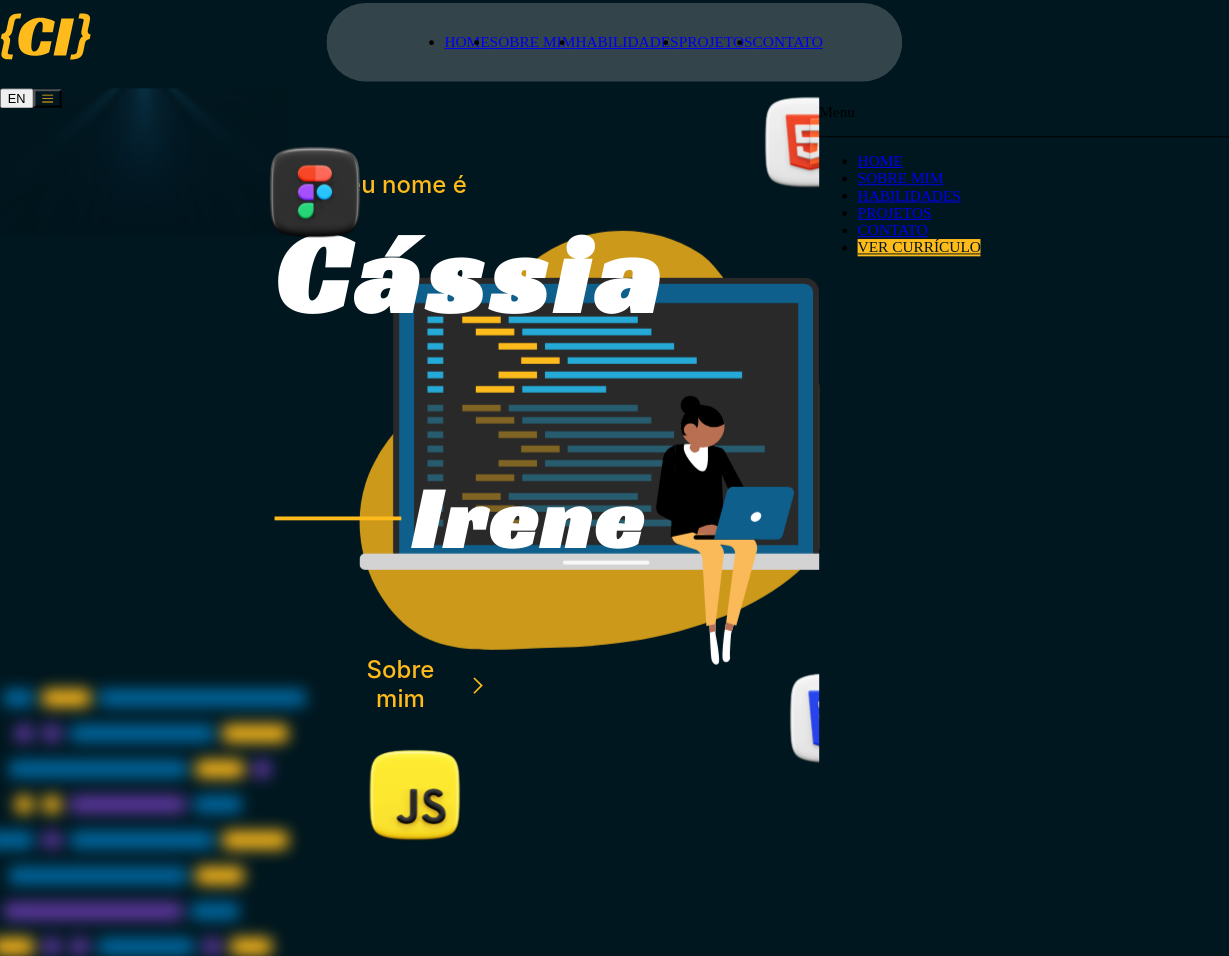
Repository: Cassia-Irene/My-Portfolio
Page: /
The author's editor kept a copy of each file at every save. The page is drawn from the files as they stood at one save, then again after the next save.
The browser window is 1280 px wide. The pictures show the whole page, at 96% of full size.
The project was rebuilt for these pictures with package versions that can differ from the ones it lists, and the page was loaded fresh each time. Also part of the build but not shown: vite.config.ts.

Above is the page before, as saved 2025-12-09 01:32:27.

### index.html
<!doctype html>
<html lang="en">
  <head>
    <meta charset="UTF-8" />
    <link rel="icon" type="image/svg+xml" href="./src/assets/logo.svg" />
    <meta name="viewport" content="width=device-width, initial-scale=1.0" />
    <link rel="preconnect" href="https://fonts.googleapis.com">
    <link rel="preconnect" href="https://fonts.gstatic.com" crossorigin>
    <link href="https://fonts.googleapis.com/css2?family=Racing+Sans+One&display=swap" rel="stylesheet">
    <title>Cássia Nascimento</title>
  </head>
  <body>
    <div id="root"></div>
    <script type="module" src="/src/main.tsx"></script>
  </body>
</html>

### src/index.css
@tailwind base;
@tailwind components;
@tailwind utilities;

/* plugins normais */
@import "tw-animate-css";

/* seu CSS normal */
body {
  background-color: #00171F;
}

### src/App.tsx
import React from "react";
import GlobalStyle from './GlobalStyle';

import Header from './Header';
import Hero from './Hero';
import SidebarNavigation from "./SidebarNavigation";
import ScrollButton from "./ScrollButton";
//import SobreMim from './SobreMim';
//import Skills from './Skills';
//import Projetos from "./Projetos";
//import Contatos from "./Contatos";

const App: React.FC = () => {

  return (
    <>

      <GlobalStyle />
      <Header />
      <Hero />
      <SidebarNavigation />
      <ScrollButton />


    </>
  );
};

export default App;

### src/GlobalStyle.ts
import { createGlobalStyle } from 'styled-components';

const GlobalStyle = createGlobalStyle`
  * {
    box-sizing: border-box;
  }

  body {
    margin: 0;
    padding: 0;
    overflow-x: hidden;
  }
  ::-webkit-scrollbar {
    width: 0px;
  }

`;

export default GlobalStyle;

### src/Header.tsx
import React, { useState } from "react";
import { RxHamburgerMenu } from "react-icons/rx";
import { IoClose } from "react-icons/io5";
import StarBorder from "./components/StarBorder";

// Logo
import LogoImg from "../public/logo.svg";

const Header: React.FC = () => {
  const [menuOpen, setMenuOpen] = useState(false);
  const [lang, setLang] = useState<"pt" | "en">("pt");

  const toggleLanguage = () => {
    setLang((prev) => (prev === "pt" ? "en" : "pt"));
  };

  const navItems = [
    { name: lang === "pt" ? "HOME" : "HOME", id: "section-01" },
    { name: lang === "pt" ? "SOBRE MIM" : "ABOUT", id: "section-02" },
    { name: lang === "pt" ? "HABILIDADES" : "SKILLS", id: "section-03" },
    { name: lang === "pt" ? "PROJETOS" : "PROJECTS", id: "section-04" },
    { name: lang === "pt" ? "CONTATO" : "CONTACT", id: "section-05" },
  ];

  const scrollToSection = (id: string) => {
    const section = document.getElementById(id);
    if (section) {
      section.scrollIntoView({ behavior: "smooth" });
      setMenuOpen(false);
    }
  };

  const AnimatedHamburgerButton: React.FC<{ onClick: () => void; active: boolean }> = ({ onClick, active }) => {
    return (
      <button
        onClick={onClick}
        className="flex justify-center items-center w-10 h-10 bg-transparent cursor-pointer"
      >
        {active ? (
          <IoClose className="text-3xl text-white" />
        ) : (
          <RxHamburgerMenu className="text-2xl text-[#FFBB1B]" />
        )}
      </button>
    );
  };

  return (
    <>
      {/* ==== LOGO (fixo esquerda) ==== */}
      <a
        href="#top"
        onClick={() => scrollToSection("top")}
        className="fixed top-12 left-16 w-[95px] h-[76px] z-[1001]
                   md:w-[80px] md:h-[64px] md:left-10
                   sm:left-5"
      >
        <img src={LogoImg} alt="Logo Cássia Irene" className="w-full h-full" />
      </a>

      {/* ==== NAV DESKTOP ==== */}
      <StarBorder
        as="div"
        color="cyan"
        speed="4s"
        className="fixed top-12 left-1/2 -translate-x-1/2 z-10 w-[60%] max-w-[600px]"
      >
        <header className="flex justify-center items-center">
          <nav className="flex">
            <ul className="flex gap-7">
              {navItems.map((item) => (
                <li key={item.id}>
                  <a
                    href={`#${item.id}`}
                    onClick={(e) => { e.preventDefault(); scrollToSection(item.id); }}
                    className="text-white font-racing text-lg hover:text-[#00e1ff] transition-all"
                  >
                    {item.name}
                  </a>
                </li>
              ))}
            </ul>
          </nav>
        </header>
      </StarBorder>

      {/* ==== BOTÃO DE IDIOMA (DESKTOP) ==== */}

      {/* BOTÃO DE IDIOMA — DESKTOP (CANTO SUPERIOR DIREITO) */}
      <button
        onClick={() => setLang(lang === "PT" ? "EN" : "PT")}
        className="
          hidden md:flex
          fixed top-12 right-16
          z-[1001]
          bg-[#FFBB1B] text-[#00171F]
          px-4 py-2 rounded-xl font-bold
          hover:bg-yellow-500 transition-all duration-300
        "
      >
        {lang === "pt" ? "EN" : "PT"}
      </button>

      {/* ==== BOTÕES MOBILE (idioma + hamburguer) ==== */}
      <div className="fixed top-8 right-5 flex items-center gap-4 z-[1002] md:hidden">

        {/* Botão de idioma à ESQUERDA no mobile */}
        <button
          onClick={toggleLanguage}
          className="text-white text-xl font-bold hover:text-[#00e1ff] transition-all"
        >
          {lang === "pt" ? "EN" : "PT"}
        </button>

        {/* Botão hamburguer */}
        <AnimatedHamburgerButton
          onClick={() => setMenuOpen(!menuOpen)}
          active={menuOpen}
        />
      </div>

      {/* ==== MENU MOBILE ==== */}
      <div
        className={`fixed top-0 right-0 h-full w-2/3 max-w-sm
                    bg-[#00171F] shadow-lg z-[1002]
                    transform transition-transform duration-300
                    ${menuOpen ? "translate-x-0" : "translate-x-full"}
                    md:hidden`}
      >
        <div className="flex justify-between items-center p-4 border-b border-gray-700">
          <p className="font-bold text-lg text-white">{lang === "pt" ? "Menu" : "Menu"}</p>
          <button
            onClick={() => setMenuOpen(false)}
            className="text-3xl text-[#FFBB1B] hover:text-white"
          >
            <IoClose />
          </button>
        </div>

        <ul className="flex flex-col p-4 gap-4">
          {navItems.map((item) => (
            <li key={item.id}>
              <a
                href={`#${item.id}`}
                className="text-white text-xl font-medium hover:text-[#FFBB1B]"
                onClick={(e) => { e.preventDefault(); scrollToSection(item.id); }}
              >
                {item.name}
              </a>
            </li>
          ))}

          <li className="mt-4">
            <a
              href="/curriculo.pdf"
              target="_blank"
              rel="noopener noreferrer"
              className="inline-block px-4 py-2 bg-[#FFBB1B] text-[#00171F] font-bold rounded-lg hover:bg-yellow-600 transition-colors"
            >
              {lang === "pt" ? "VER CURRÍCULO" : "SEE RESUME"}
            </a>
          </li>
        </ul>
      </div>
    </>
  );
};

export default Header;

### src/SidebarNavigation.tsx
import { useEffect, useRef, useState } from "react";
import styled from "styled-components";

const sections = ["00", "01", "02", "03", "04"];

const SidebarNavigation = () => {
  const [activeIndex, setActiveIndex] = useState(0);
  const barRef = useRef<HTMLDivElement>(null);

  useEffect(() => {
    const observer = new IntersectionObserver(
      (entries) => {
        entries.forEach((entry) => {
          if (entry.isIntersecting) {
            const id = entry.target.id.split("-")[1];
            const index = sections.indexOf(id);
            if (index !== -1) {
              setActiveIndex(index);
            }
          }
        });
      },
      { threshold: 0.6 }
    );

    sections.forEach((id) => {
      const el = document.getElementById(`section-${id}`);
      if (el) observer.observe(el);
    });

    return () => observer.disconnect();
  }, []);

  useEffect(() => {
    const heightPerItem = 54;
    if (barRef.current) {
      barRef.current.style.transform = `translateY(${activeIndex * heightPerItem}px)`;
    }
  }, [activeIndex]);

  const handleClick = (id: string) => {
    const target = document.getElementById(`section-${id}`);
    if (target) {
      target.scrollIntoView({ behavior: "smooth" });
    }
  };

  return (
    <SidebarContainer>
      <DotsWrapper>
        <Line />
        <ActiveBar ref={barRef} />
        <Dots>
          {sections.map((id, index) => (
            <Dot
              key={id}
              onClick={() => handleClick(id)}
              isActive={activeIndex === index}
            >
              {id}
            </Dot>
          ))}
        </Dots>
      </DotsWrapper>
    </SidebarContainer>
  );
};

export default SidebarNavigation;

const SidebarContainer = styled.div`
  position: fixed;
  top: 35%;
  left: 93%;
  width: 50px;
  z-index: 1000;
`;

const DotsWrapper = styled.div`
  display: flex;
  height: 270px;
`;

const Line = styled.div`
  width: 0.5px;
  height: 100%;
  background-color: #FFBB1B;
  position: relative;
  left: 25px;
`;

const ActiveBar = styled.div`
  position: absolute;
  width: 2.5px;
  height: 54px;
  background-color: #ffbb1b;
  transition: transform 0.6s ease-in-out;
  left: 23px;
`;

const Dots = styled.div`
  flex-direction: column;
  position: relative;
  right: 40px;
`;

const Dot = styled.button<{ isActive: boolean }>`
  width: 40px;
  height: 54px;
  background: none;
  border: none;
  color: ${(props) => (props.isActive ? "#ffbb1b" : "#FFFFFF")};
  font-size: 14px;
  font-family: "Racing Sans One", sans-serif;
  cursor: pointer;
  display: flex;
  align-items: center;
  justify-content: flex-end;
  transition: color 0.3s;

  &:hover {
    color: #ffbb1b;
  }
`;

### src/ScrollButton.tsx
import { useEffect, useState } from "react";
import styled from "styled-components";
import ArrowDown from "/svg_seta-down.svg";

const ScrollDown = styled.button<{ isBackToTop: boolean }>`
  position: fixed;
  bottom: 80px;
  right: 70px;
  background: none;
  border: none;
  cursor: pointer;
  display: flex;
  align-items: center;
  gap: 2px;
  font-family: "Inter", sans-serif;
  font-size: 12px;
  font-weight: 500;
  white-space: nowrap;
  color: #ffbb1b;
  z-index: 1000;

  transform: rotate(-90deg);

  img {
    width: 20px;
    height: 20px;
    transition: transform 0.3s ease;
    transform: ${({ isBackToTop }) => (isBackToTop ? "rotate(-90deg)" : "rotate(90deg)")};
  }

  &:hover img {
    transform: ${({ isBackToTop }) =>
      isBackToTop ? "rotate(-90deg) translateY(5px)" : "rotate(90deg) translateY(5px)"};
  }
`;

const ScrollButton = () => {
  const [isLastSection, setIsLastSection] = useState(false);

  useEffect(() => {
    const handleScroll = () => {
      const scrollY = window.scrollY;
      const pageHeight = document.body.scrollHeight - window.innerHeight;
      setIsLastSection(scrollY >= pageHeight - 50);
    };

    window.addEventListener("scroll", handleScroll);
    return () => window.removeEventListener("scroll", handleScroll);
  }, []);

  const handleClick = () => {
    if (isLastSection) {
      window.scrollTo({ top: 0, behavior: "smooth" });
    } else {
      window.scrollBy({ top: window.innerHeight, behavior: "smooth" });
    }
  };

  return (
    <ScrollDown onClick={handleClick} isBackToTop={isLastSection}>
      {isLastSection ? (
        <>
          Voltar ao topo <img src={ArrowDown} alt="Back to Top" />
        </>
      ) : (
        <>
          <img src={ArrowDown} alt="Descer" /> Descer
        </>
      )}
    </ScrollDown>
  );
};


export default ScrollButton;

### src/components/StarBorder.tsx
import React from 'react';

type StarBorderProps<T extends React.ElementType> = React.ComponentPropsWithoutRef<T> & {
  as?: T;
  className?: string;
  children?: React.ReactNode;
  color?: string;
  speed?: React.CSSProperties['animationDuration'];
  thickness?: number;
};

const StarBorder = <T extends React.ElementType = 'button'>({
  as,
  className = '',
  color = 'white',
  speed = '6s',
  thickness = 3,
  children,
  ...rest
}: StarBorderProps<T>) => {
  const Component = as || 'button';

  return (
    <Component
      className={`relative inline-block overflow-hidden rounded-full ${className}`}
      {...rest}
      style={{
        padding: `${thickness}px 0`,
        ...rest.style
      }}
    >
      <div
        className="absolute w-[300%] h-[50%] opacity-70 bottom-[-11px] right-[-250%] rounded-full animate-star-movement-bottom z-0"
        style={{
          background: `radial-gradient(circle, ${color}, transparent 10%)`,
          animationDuration: speed
        }}
      ></div>
      <div
        className="absolute w-[300%] h-[50%] opacity-70 top-[-10px] left-[-250%] rounded-full animate-star-movement-top z-0"
        style={{
          background: `radial-gradient(circle, ${color}, transparent 10%)`,
          animationDuration: speed
        }}
      ></div>
      <div className="relative z-1 bg-[#FFF]/20 backdrop-blur-xl shadow-xl border-black text-white text-center text-[16px] py-[16px] px-[26px] rounded-full">
        {children}
      </div>
    </Component>
  );
};

export default StarBorder;

Loaded but not shown: src/main.tsx (common file); src/components/LightRays.tsx (454 lines, source omitted); src/Hero.tsx (369 lines, source omitted)

After the next save:
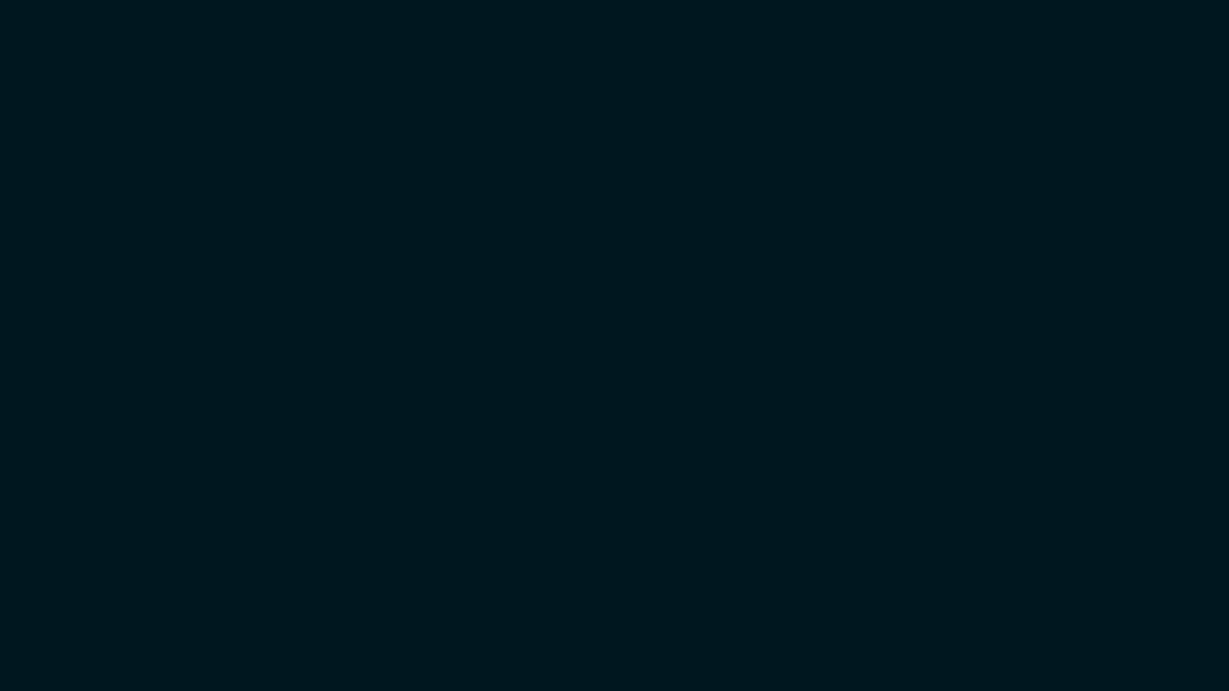
Console error: ReferenceError: toggleLanguage is not defined
Saved 61 s later.
--- a/src/Header.tsx
+++ b/src/Header.tsx
@@ -6,20 +6,17 @@
 // Logo
 import LogoImg from "../public/logo.svg";
 
+
 const Header: React.FC = () => {
   const [menuOpen, setMenuOpen] = useState(false);
-  const [lang, setLang] = useState<"pt" | "en">("pt");
-
-  const toggleLanguage = () => {
-    setLang((prev) => (prev === "pt" ? "en" : "pt"));
-  };
+  const [lang, setLang] = useState("PT");
 
   const navItems = [
-    { name: lang === "pt" ? "HOME" : "HOME", id: "section-01" },
-    { name: lang === "pt" ? "SOBRE MIM" : "ABOUT", id: "section-02" },
-    { name: lang === "pt" ? "HABILIDADES" : "SKILLS", id: "section-03" },
-    { name: lang === "pt" ? "PROJETOS" : "PROJECTS", id: "section-04" },
-    { name: lang === "pt" ? "CONTATO" : "CONTACT", id: "section-05" },
+    { name: "HOME", id: "section-01" },
+    { name: "SOBRE MIM", id: "section-02" },
+    { name: "HABILIDADES", id: "section-03" },
+    { name: "PROJETOS", id: "section-04" },
+    { name: "CONTATO", id: "section-05" },
   ];
 
   const scrollToSection = (id: string) => {

After the save that followed:
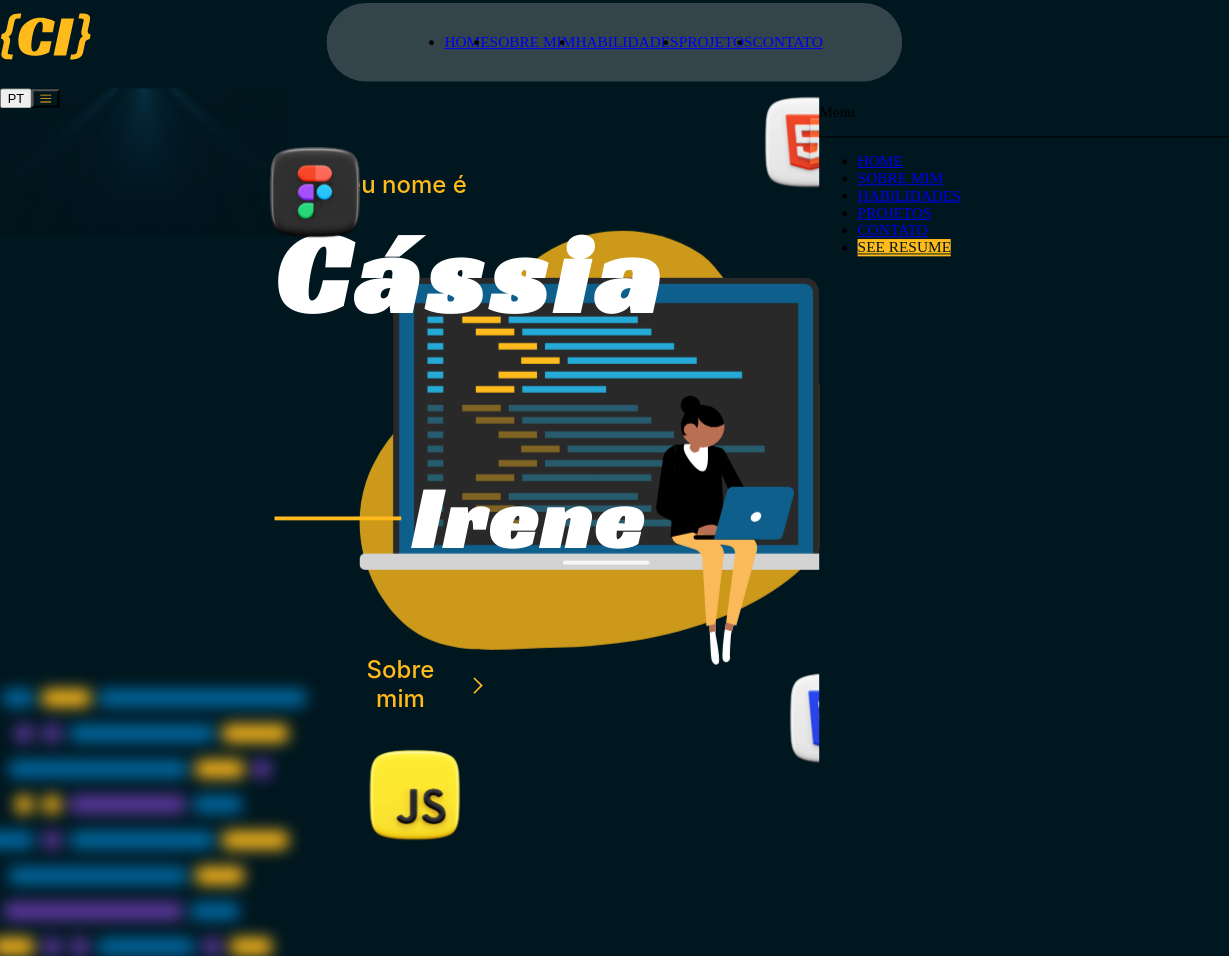
The error is gone.
Saved 32 s later.
--- a/src/Header.tsx
+++ b/src/Header.tsx
@@ -103,7 +103,7 @@
 
         {/* Botão de idioma à ESQUERDA no mobile */}
         <button
-          onClick={toggleLanguage}
+          onClick={() => setLang(lang === "PT" ? "EN" : "PT")}
           className="text-white text-xl font-bold hover:text-[#00e1ff] transition-all"
         >
           {lang === "pt" ? "EN" : "PT"}
